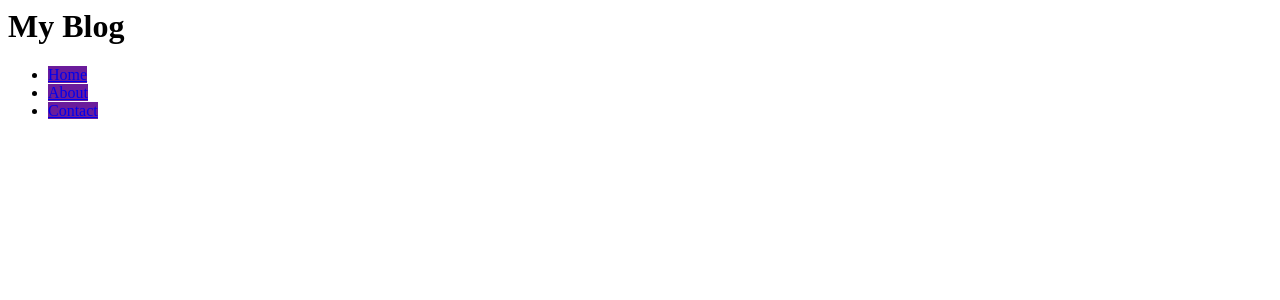
Repository: Femi007-gh/BLOG
Page: index.html
An editor plug-in stored every save of this project. The page is shown before and after a run of saves, followed by the edit.
The browser window is 1280 px wide. The pictures show the whole page.

Above is the page before, as saved 2025-01-08 06:45:23.

After the next 2 saves:
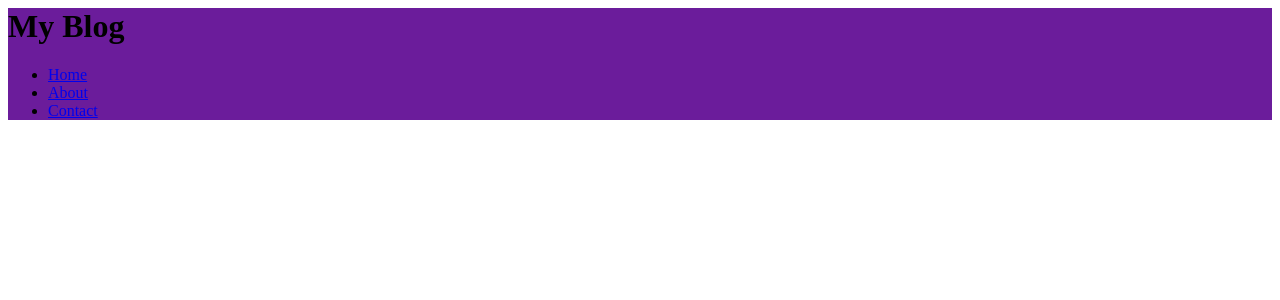
The 2 saves are shown as one change because they came seconds apart.
The last was saved 29 s later.
--- a/style.css
+++ b/style.css
@@ -1,4 +1,4 @@
-nav ul li a {
+header {
   background-color: 6B1C9B;
   color:
 }
